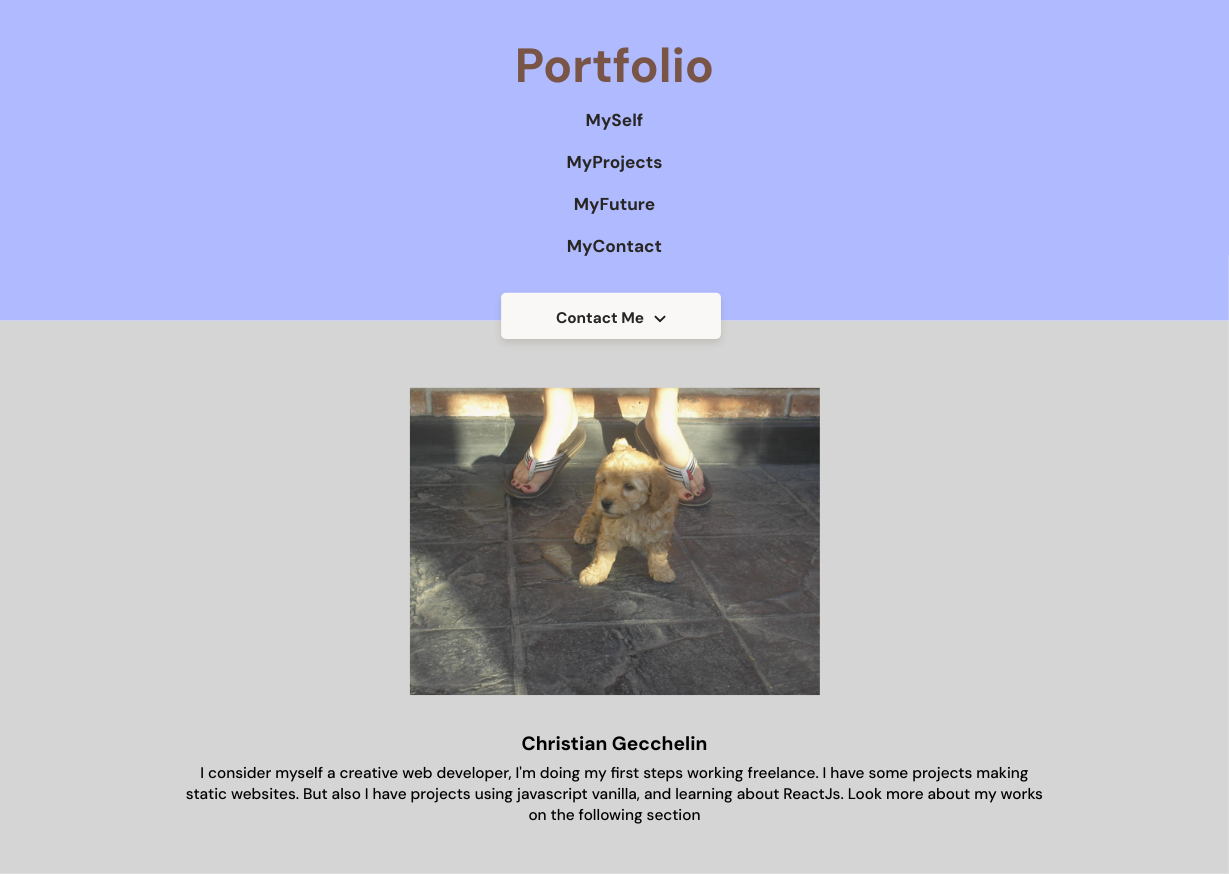
Repository: ChristianGecchelin/PortfolioOnline
Page: index.html
The author's editor kept a copy of each file at every save. The page is drawn from the files as they stood at one save, then again after the next save.
The browser window is 1280 px wide. The pictures show the whole page, at 96% of full size.

Above is the page before, as saved 2022-01-08 20:51:25.

### index.html
<!DOCTYPE html>
<html lang="en">
  <head>
    <meta charset="UTF-8" />
    <meta http-equiv="X-UA-Compatible" content="IE=edge" />
    <meta name="viewport" content="width=device-width, initial-scale=1.0" />
    <title>Portfolio Christian</title>
    <link rel="preconnect" href="https://fonts.googleapis.com" />
    <link rel="preconnect" href="https://fonts.gstatic.com" crossorigin />
    <link
      href="https://fonts.googleapis.com/css2?family=DM+Sans:wght@400;500;700&family=Inter:wght@300;500&display=swap"
      rel="stylesheet"
    />
    <link rel="stylesheet" href="./styles/styles.css" />
  </head>
  <body>
    <header>
      <nav>
        <h1>Portfolio</h1>
        <ul class="list-container">
          <li class="list-container-link">
            <a class="" href="">MySelf</a>
          </li>
          <li class="list-container-link">
            <a class="" href="">MyProjects</a>
          </li>
          <li class="list-container-link">
            <a class="" href="">MyFuture</a>
          </li>
          <li class="list-container-link">
            <a class="" href="">MyContact</a>
          </li>
        </ul>
        <a class="header--nav-button" href="#MyContact">
          Contact Me<span></span
        ></a>
      </nav>
    </header>
    <main>
      <section class="principalContainer-mySelf">
        <div class="principalContainer-mySelf--image">
          <div class="image-cv"></div>
        </div>
        <div class="principalContainer-mySelf--information">
          <h2>Christian Gecchelin</h2>
          <p>
            I consider myself a creative web developer, I'm doing my first steps
            working freelance. I have some projects making static websites. But
            also I have projects using javascript vanilla, and learning about
            ReactJs. Look more about my works on the following section
          </p>
        </div>
      </section>

      <section class="principalContainer-myProject"></section>
      <section class="principalContainer-myFuture"></section>
      <section class="principalContainer-myContact"></section>
    </main>
  </body>
</html>

### styles/styles.css
:root {
  --strong-orange: #f7931a;
  --soft-orange: #ffe9d5;
  --secondary-blue: #1a9af7;
  --soft-blue: #e7f5ff;
  --warm-black: #201e1c;
  --black: #282623;
  --grey: #bababa;
  --off-white: #faf8f7;
  --just-white: #fff;
  --light-violet: #b0bbff;
  --strong-violet: #5764b3;
  --skin-color: #ffecb0;
  --yellow-skin-color: #fff3c9;
  --almost-brown: #b3a169;
}
* {
  box-sizing: border-box;
  margin: 0;
  padding: 0;
}
html {
  font-size: 62.5%;
  font-family: "DM Sans", sans-serif;
}
header {
  display: flex;
  flex-direction: column;
  justify-content: center;
  height: 334px;
  background: var(--light-violet);
  text-align: center;
}
header nav {
  flex-direction: column;
  justify-content: center;
  width: 90%;
  min-width: 288px;
  height: 218px;
  align-self: center;
  text-align: center;
  margin-top: -30px;
}
header nav h1 {
  font-size: 5rem;
  font-weight: 700;
  line-height: 5rem;
  color: #795548;
}

header nav .list-container-link {
  margin-top: 20px;
  list-style: none;
}
header nav .list-container-link a {
  font-size: 1.8rem;
  font-weight: 700;
  line-height: 2.4rem;
  text-decoration: none;
  color: var(--black);
}

header nav .header--nav-button {
  position: absolute;
  top: 270px;
  left: calc(50% - 118px);
  display: block;
  margin-top: 35px;
  padding: 15px;
  width: 229px;
  height: 48px;
  background-color: var(--off-white);
  font-size: 1.6rem;
  font-weight: 700;
  text-decoration: none;
  color: var(--black);
  box-shadow: 0px 4px 8px rgba(89, 73, 30, 0.16);
  border: none;
  border-radius: 5px;
}
header nav .header--nav-button span {
  display: inline-block;
  width: 13px;
  height: 8px;
  margin-left: 10px;
  background-image: url(../assets/icons/down-arrow.svg);
}
main {
  width: 100%;
  height: auto;
  background-color: #d5d5d5;
}
main .principalContainer-mySelf {
  display: flex;
  flex-direction: column;
  justify-content: center;
  width: 100%;
  min-width: 320px;
  height: auto;
  padding-top: 70px;
  text-align: center;
}
.principalContainer-mySelf--image .image-cv {
  min-width: 320px;
  height: 320px; /* luego en las otras resos lo agrando */
  margin: 0 auto;
  background-image: url(../assets/images/IMG_4340.JPG);
  background-size: contain;
  background-position: center;
  background-repeat: no-repeat;
}
.principalContainer-mySelf--information {
  width: 90%;
  min-width: 288px;
  max-width: 900px;
  text-align: center;
  align-self: center;
  padding-bottom: 50px;
}
.principalContainer-mySelf--information h2 {
  padding-top: 30px;
  font-size: 2rem;
  line-height: 4rem;
}
.principalContainer-mySelf--information p {
  font-size: 1.6rem;
  font-weight: 500;
  line-height: 2.2rem;
}

After the next save:
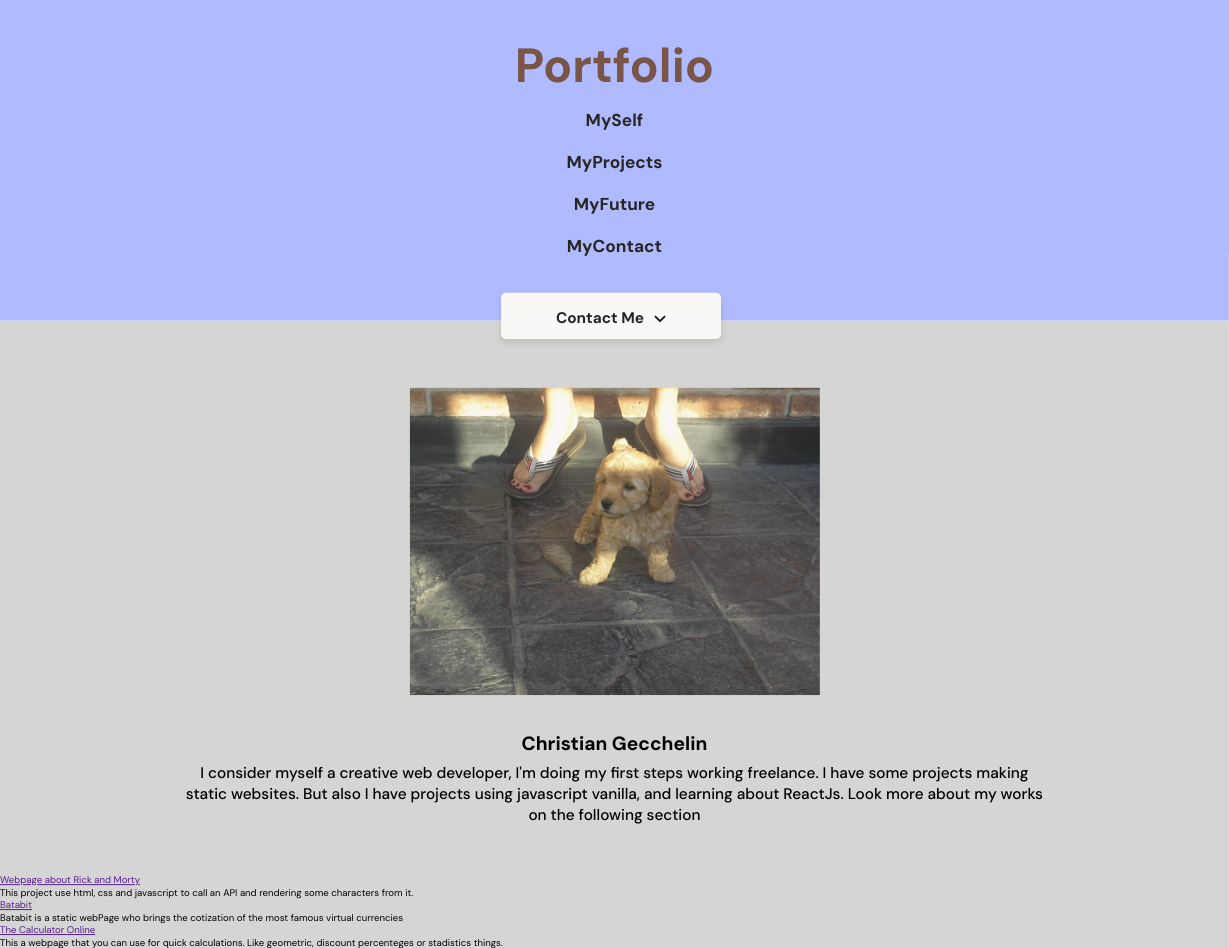
Saved 27 min 48 s later.
--- a/index.html
+++ b/index.html
@@ -52,7 +52,30 @@
         </div>
       </section>
 
-      <section class="principalContainer-myProject"></section>
+      <section class="principalContainer-myProject">
+        <div class="rickAndMortyCharacters">
+          <a href="">Webpage about Rick and Morty</a>
+          <p>
+            This project use html, css and javascript to call an API and
+            rendering some characters from it.
+          </p>
+        </div>
+        <div>
+          <a href="">Batabit</a>
+          <p>
+            Batabit is a static webPage who brings the cotization of the most
+            famous virtual currencies
+          </p>
+        </div>
+        <div>
+          <a href="">The Calculator Online</a>
+          <p>
+            This a webpage that you can use for quick calculations. Like
+            geometric, discount percenteges or stadistics things.
+          </p>
+        </div>
+        <div></div>
+      </section>
       <section class="principalContainer-myFuture"></section>
       <section class="principalContainer-myContact"></section>
     </main>
